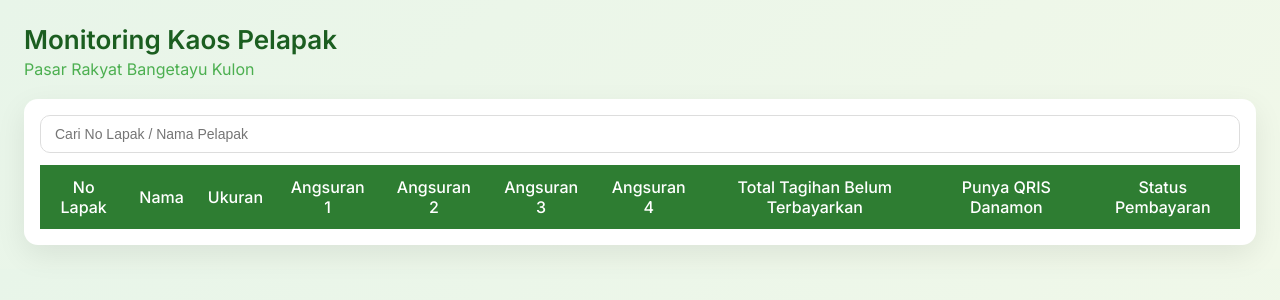
Repository: pasarrakyatbak/monitoringpembayarankaos
Page: index.html
These files come from the project's save history. The page is drawn as it stood at one moment and after a run of saves; the edit follows.
The browser window is 1280 px wide. The pictures show the whole page.
The page's requests for data from a server got no answer.

Above is the page before, as saved 2026-01-04 13:40:15.

### index.html
<!DOCTYPE html>
<html lang="id">

<head>
    <meta charset="UTF-8">
    <meta name="viewport" content="width=device-width, initial-scale=1.0">
    <title>Monitoring Kaos Pelapak</title>

    <!-- Font -->
    <link rel="preconnect" href="https://fonts.googleapis.com">
    <link rel="preconnect" href="https://fonts.gstatic.com" crossorigin>
    <link href="https://fonts.googleapis.com/css2?family=Inter:wght@400;500;600&display=swap" rel="stylesheet">

    <link rel="stylesheet" href="style.css">
</head>

<body>

    <div class="app">
        <header class="header">
            <h1>Monitoring Kaos Pelapak</h1>
            <p>Pasar Rakyat Bangetayu Kulon</p>
        </header>

        <div class="card">
            <div class="toolbar">
                <input type="text" id="searchInput" placeholder="Cari No Lapak / Nama Pelapak">
            </div>

            <table>
                <thead>
                    <tr>
                        <th>No Lapak</th>
                        <th>Nama</th>
                        <th>Ukuran</th>
                        <th>Angsuran 1</th>
                        <th>Angsuran 2</th>
                        <th>Angsuran 3</th>
                        <th>Angsuran 4</th>
                        <th>Total Tagihan Belum Terbayarkan</th>
                        <th>Punya QRIS Danamon</th>
                        <th>Status Pembayaran</th>
                    </tr>
                </thead>
                <tbody></tbody>
            </table>
        </div>
    </div>

    <script src="script.js"></script>
</body>

</html>

### style.css
* {
  box-sizing: border-box;
}

body {
  margin: 0;
  font-family: 'Inter', sans-serif;
  background: linear-gradient(135deg, #e8f5e9, #f1f8e9);
}

.app {
  padding: 24px;
}

.header h1 {
  margin: 0;
  font-size: 26px;
  font-weight: 600;
  color: #1b5e20;
}

.header p {
  margin-top: 4px;
  color: #4caf50;
}

.card {
  margin-top: 20px;
  background: #fff;
  border-radius: 14px;
  padding: 16px;
  box-shadow: 0 10px 30px rgba(0, 0, 0, 0.08);
  overflow-x: auto;
}

.toolbar {
  margin-bottom: 12px;
}

.toolbar input {
  width: 100%;
  padding: 10px 14px;
  border-radius: 10px;
  border: 1px solid #ddd;
  font-size: 14px;
}

.toolbar input:focus {
  outline: none;
  border-color: #2e7d32;
}

table {
  width: 100%;
  border-collapse: collapse;
}

th {
  background: #2e7d32;
  color: white;
  padding: 12px;
  font-weight: 500;
}

td {
  padding: 10px;
  text-align: center;
  border-bottom: 1px solid #eee;
}

tr:hover {
  background: #f9f9f9;
}

input[type="checkbox"] {
  width: 18px;
  height: 18px;
  accent-color: #2e7d32;
  cursor: pointer;
}

.status-lunas {
  color: #2e7d32;
  font-weight: 600;
}

.status-belum {
  color: #f57c00;
}

@media (max-width: 768px) {

  th,
  td {
    font-size: 12px;
    padding: 8px;
  }
}

### script.js
const API_URL = "https://script.google.com/macros/s/AKfycby4z2qZ24SrJkcyGpybH29lSUC_3_z1LG-7wSmTzpaOEXrwjXf0Cl3hqkg95qAxPj1-/exec";
let allData = [];

document.addEventListener('DOMContentLoaded', () => {
    const searchInput = document.getElementById('searchInput');
    const tbody = document.querySelector('tbody');

    async function loadData() {
        const res = await fetch(API_URL + "?action=list");
        const data = await res.json();
        allData = data;
        renderTable(data);
    }

    function renderTable(data) {
        tbody.innerHTML = '';
        data.forEach((row, index) => {
            const statusText = row.lunas ? 'Lunas' : 'Belum Lunas';
            const statusClass = row.lunas ? 'status-lunas' : 'status-belum';

            const tr = document.createElement('tr');
            tr.innerHTML = `
        <td>${row.noLapak}</td>
        <td>${row.nama}</td>
        <td>${row.ukuran}</td>
        <td>${row.a1}</td>
        <td>${row.a2}</td>
        <td>${row.a3}</td>
        <td>${row.a4}</td>
        <td>Rp ${row.total.toLocaleString('id-ID')}</td>
        <td>
          <input type="checkbox" ${row.qris ? 'checked' : ''} data-index="${index}">
        </td>
        <td class="${statusClass}">${statusText}</td>
      `;
            tbody.appendChild(tr);
        });
    }

    tbody.addEventListener('change', async (e) => {
        if (e.target.type === 'checkbox') {
            const index = e.target.dataset.index;

            const formData = new FormData();
            formData.append("action", "updateQRIS");
            formData.append("index", index);
            formData.append("qris", e.target.checked ? "true" : "false");

            await fetch(API_URL, {
                method: "POST",
                body: formData
            });

            loadData();
        }
    });

    searchInput.addEventListener('keyup', () => {
        const keyword = searchInput.value.toLowerCase();
        const filtered = allData.filter(item =>
            item.noLapak.toString().includes(keyword) ||
            item.nama.toLowerCase().includes(keyword)
        );
        renderTable(filtered);
    });

    loadData();
});

After the next 2 saves:
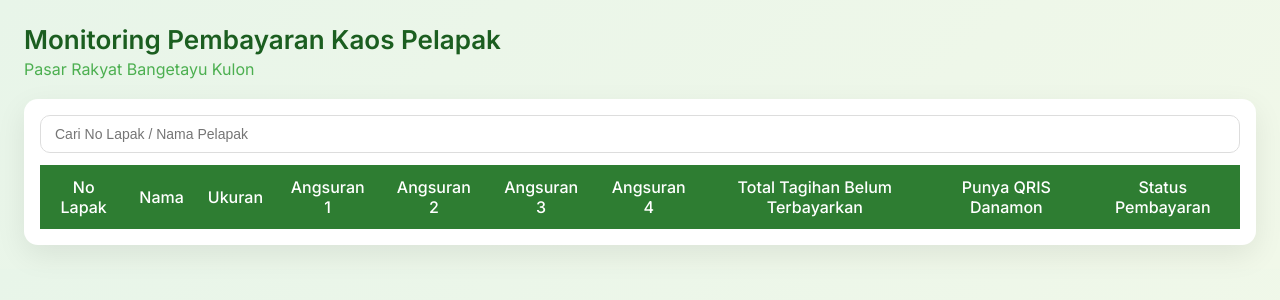
The 2 saves are shown as one change because they came seconds apart.
The last was saved 2 min 8 s later.
--- a/index.html
+++ b/index.html
@@ -18,7 +18,7 @@
 
     <div class="app">
         <header class="header">
-            <h1>Monitoring Kaos Pelapak</h1>
+            <h1>Monitoring Pembayaran Kaos Pelapak</h1>
             <p>Pasar Rakyat Bangetayu Kulon</p>
         </header>
 
